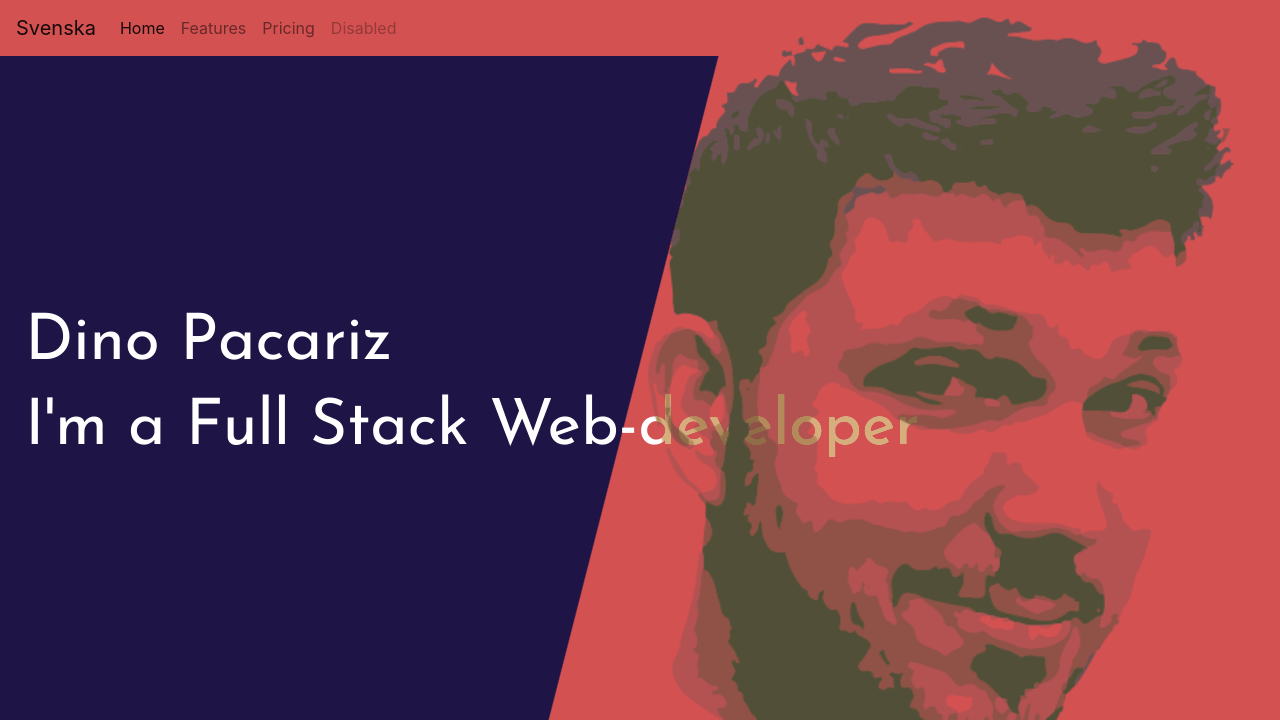
Repository: ImDino/Portfolio
Page: index.html
An editor plug-in stored every save of this project. The page is shown before and after the next save, followed by the edit.
The browser window is 1280 px wide. The pictures show the whole page.
Some web libraries are served in a nearby version. The style sheet was rebuilt from its Sass, Less or Tailwind sources for each picture, by a compiler version that may differ from the author's.

Above is the page before, as saved 2020-11-04 00:19:17.

### index.html
<!DOCTYPE html>
<html lang="en">
<head>
    <meta charset="UTF-8">
    <meta name="viewport" content="width=device-width, initial-scale=1.0">
    <link rel="stylesheet" href="https://cdn.jsdelivr.net/npm/bootstrap@4.5.3/dist/css/bootstrap.min.css" integrity="sha384-TX8t27EcRE3e/ihU7zmQxVncDAy5uIKz4rEkgIXeMed4M0jlfIDPvg6uqKI2xXr2" crossorigin="anonymous">
    <link href="https://fonts.googleapis.com/css2?family=Josefin+Sans&display=swap" rel="stylesheet">

    <script src="https://code.jquery.com/jquery-3.5.1.slim.min.js" integrity="sha384-DfXdz2htPH0lsSSs5nCTpuj/zy4C+OGpamoFVy38MVBnE+IbbVYUew+OrCXaRkfj" crossorigin="anonymous"></script>
    <script src="https://cdn.jsdelivr.net/npm/bootstrap@4.5.3/dist/js/bootstrap.bundle.min.js" integrity="sha384-ho+j7jyWK8fNQe+A12Hb8AhRq26LrZ/JpcUGGOn+Y7RsweNrtN/tE3MoK7ZeZDyx" crossorigin="anonymous"></script>
    <script src="https://cdnjs.cloudflare.com/ajax/libs/gsap/3.5.1/gsap.min.js"></script>
    <script src="/js/main.js"></script>


    <link rel="stylesheet" href="css/main.css">
    <title>Dino's Portfolio</title>
</head>
<body>
    <div id='pseudo-div'></div>
    <nav class="navbar navbar-expand-lg navbar-light bg-light">
        <!-- <a class="navbar-brand" href="#">Navbar</a> -->
        <a class="navbar-brand" id='lang' href="#">Svenska</a>
        <button class="navbar-toggler" type="button" data-toggle="collapse" data-target="#navbarNav" aria-controls="navbarNav" aria-expanded="false" aria-label="Toggle navigation">
          <span class="navbar-toggler-icon"></span>
        </button>
        <div class="collapse navbar-collapse" id="navbarNav">
          <ul class="navbar-nav">
            <li class="nav-item active">
              <a class="nav-link" href="#">Home <span class="sr-only">(current)</span></a>
            </li>
            <li class="nav-item">
              <a class="nav-link" href="#">Features</a>
            </li>
            <li class="nav-item">
              <a class="nav-link" href="#">Pricing</a>
            </li>
            <li class="nav-item">
              <a class="nav-link disabled" href="#" tabindex="-1" aria-disabled="true">Disabled</a>
            </li>
          </ul>
        </div>
    </nav>
    <div id='purple-div'>
        <h1>Dino Pacariz</h1>
        <h3>I'm a Full Stack Web-developer</h3>
    </div>
    <div id='face'>
        <img src="img/vectorFace.png" alt="">
    </div>
</body>
</html>

### js/main.js
document.addEventListener('DOMContentLoaded', () => {
    gsap.from("#purple-div", {duration: 1, x: -1000});
    gsap.from("#face", {duration: 1, opacity: 0});
    gsap.from("#face", {clearProps: 'all', duration: 1, x:100});
    TweenLite.from('#face', {y:20, ease:Linear.easeNone});

    // localStorage.clear()



    /*:::::::START:::::::::
    ::: Refresh Counter :::
    :::::::::::::::::::::*/

    if(localStorage.getItem('refreshCount') == null) {
        localStorage.setItem('refreshCount', 1);
    } else {
        let  localRefreshCount = localStorage.getItem('refreshCount')
        localRefreshCount++;
        localStorage.setItem('refreshCount', localRefreshCount);
    }
    if (parseInt(localStorage.getItem('refreshCount')) > 10) {
        localStorage.setItem('refreshCount', 1);
    }
    console.log('RefreshCount: '+localStorage.getItem('refreshCount'))


    /*::::::::END::::::::::
    ::: Refresh Counter :::
    :::::::::::::::::::::*/
})

### scss/main.scss


body {
    background-color: #D45151;
    color: white;
}

#pseudo-div {
    width: 100%;
    background-color: red;
}

.navbar {
    background-color: #D45151 !important;
}

#purple-div {
    padding-top: 60px;
    position: absolute;
    top: 0;
    bottom: 0;
    left: 0;
    right: 0;
    z-index: -1;
    background: linear-gradient(104.35deg, #1E1446 50%, rgba(255, 255, 255, 0) 50.1%);
    display: grid;
    place-content: center left;

    h1, h3 {
        margin-left: 25px;
        font-family: 'Josefin Sans', sans-serif;
        font-size: 4em;
    }
}

#face {
    position: fixed;
    top: 0;
    bottom: 0;
    left: 0;
    right: 0;
    display: grid;

    mix-blend-mode: darken;

    img {
        margin-right: 2rem;
        width: 600px;
        justify-self: right;
        align-self: center;
    }
}



/* //TODO
1. Darkmode, ställa in särskilda färger IFALL man är i darkmode? UX baby.

*/

After the next save:
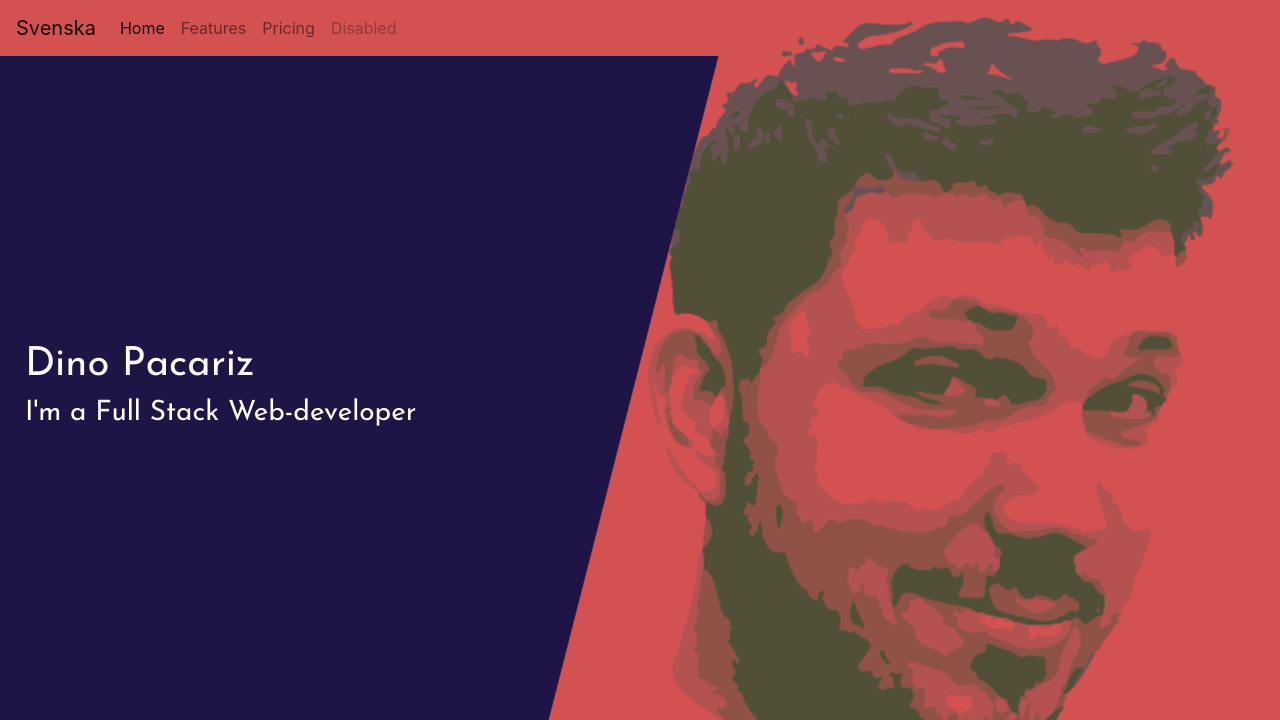
Saved 13 s later.
--- a/scss/main.scss
+++ b/scss/main.scss
@@ -29,7 +29,7 @@ body {
     h1, h3 {
         margin-left: 25px;
         font-family: 'Josefin Sans', sans-serif;
-        font-size: 4em;
+
     }
 }
 
